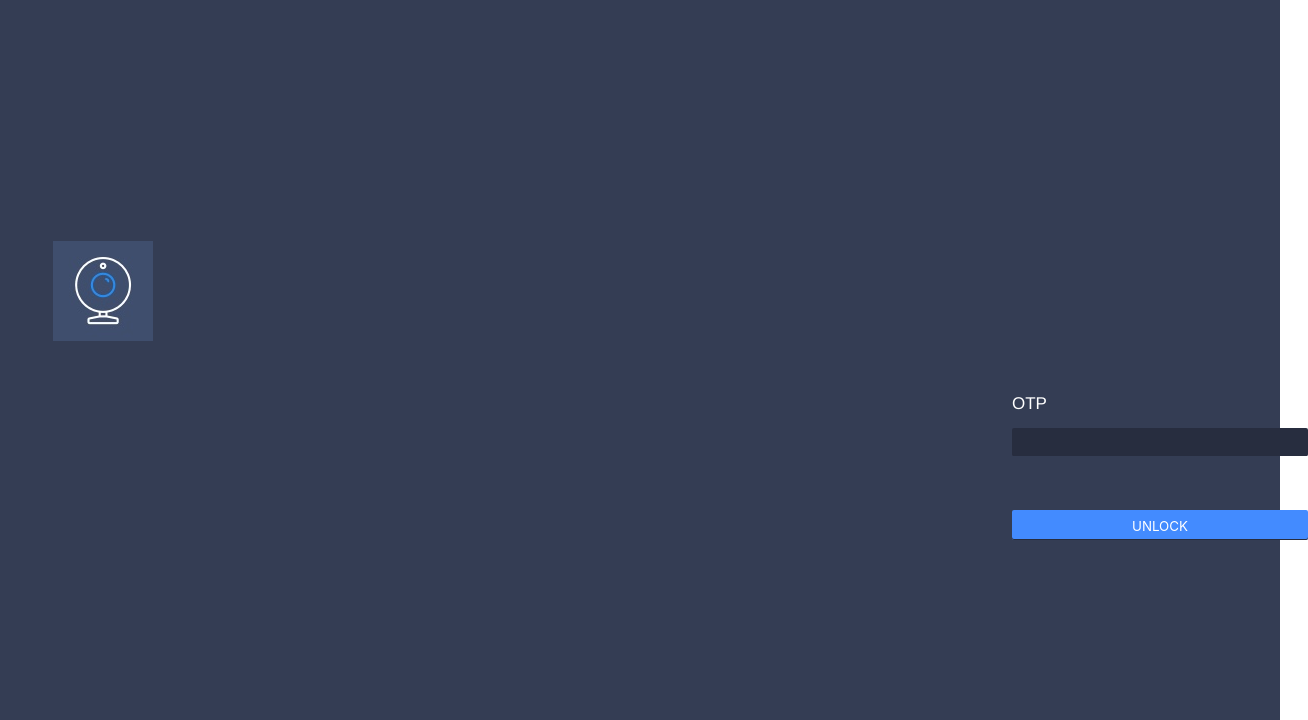
Repository: aba450/smart-door
Page: / (app in S3/smart-door-visitor/)
These files come from the project's save history. The page is drawn as it stood at one moment and after the next save; the edit follows.
The browser window is 1280 px wide. The page is 1308 px wide, so the pictures cover 1308 px, including what lies to the right of the window. The pictures show the whole page.
The project was rebuilt for these pictures with package versions that can differ from the ones it lists, and the page was loaded fresh each time.

Above is the page before, as saved 2020-03-17 20:36:09.

### S3/smart-door-visitor/src/App.js
import React from 'react';
import './App.css';
import Camera_ON from './Camera_ON.jpg'

function App() {
  return (
    <div className="App">
      {/* <header className="App-header">
        <img src={logo} className="App-logo" alt="logo" />
        <p>
          Edit <code>src/App.js</code> and save to reload.
        </p>
        <a
          className="App-link"
          href="https://reactjs.org"
          target="_blank"
          rel="noopener noreferrer"
        >
          Learn React
        </a>
      </header> */}

      <img src={Camera_ON} className="Camera-logo"/>
       <label className="otp-label">OTP</label>
        <input type="text" className="otp-input"></input>
        <button className="unlock-button">UNLOCK</button>
    </div>
  );
}

export default App;

### S3/smart-door-visitor/src/App.css
.App {
  text-align: center;
  background-color: #343d54;
  min-height: 100vh;
  display: flex;
  flex-direction: column;
  font-size: calc(10px + 2vmin);
  color: white;
}

.Camera-logo {
  position: absolute;
  height: 100px;
  width: 100px;
  left: 53px;
  top: 241px;
}

.text-label {
  left:1012px;
  top:294px;
}

.otp-label {
  position: absolute;
  font-family:Helvetica;
  font-size:17px;
  color:#ffffff;
  letter-spacing:0;
  text-align:left;
  left:1012px;
  top:394px;
}

.otp-input {
  color:#1f8efa;
  background-color: #272d3f;
  letter-spacing:0;
  text-align:left;
  position: absolute;
  left:1012px;
  top:428px;
}

.unlock-button {
  position: absolute;
  background-color: #438bff;
  left:1012px;
  top:510px;
}

input {
    -webkit-appearance: none;
    appearance: none;
    margin: auto;
    max-width: 280px;
    border-radius: 2px;
    border: 0;
    overflow: hidden;
    width: 100%;
    font-family:-apple-system, BlinkMacSystemFont, 'Segoe UI', Roboto, Oxygen, Ubuntu, Cantarell, 'Open Sans', 'Helvetica Neue', sans-serif;
    padding: 8px 8px 8px 8px;
    height: 12px;
    font-size: 16px;
    font-weight: 400;
    box-shadow: inset 0 -1px 0  #272d3f;
    transition: all .15s ease;
}

button {
  height: 30px;
  max-width: 296px;
  margin: auto;
  width: 100%;
  color: white;
  font-family:-apple-system, BlinkMacSystemFont, 'Segoe UI', Roboto, Oxygen, Ubuntu, Cantarell, 'Open Sans', 'Helvetica Neue', sans-serif;
  border-radius: 2px;
  border: 0;
  padding: 8px 8px 8px 8px;
  box-shadow: inset 0 -1px 0  #272d3f;
    transition: all .15s ease;
}

Loaded but not shown: S3/smart-door-visitor/public/index.html (common file); S3/smart-door-visitor/src/index.js (common file); S3/smart-door-visitor/src/index.css (common file); S3/smart-door-visitor/src/serviceWorker.js (common file)

After the next save:
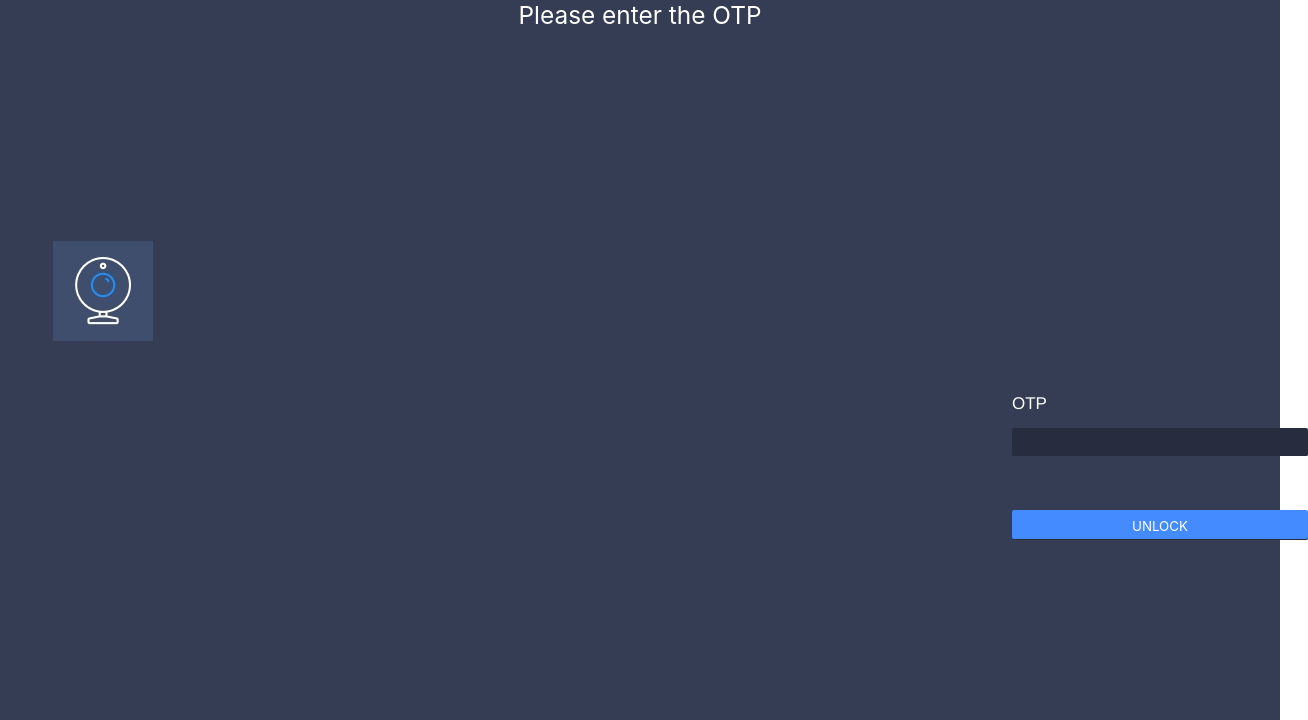
Saved 25 s later.
--- a/S3/smart-door-visitor/src/App.js
+++ b/S3/smart-door-visitor/src/App.js
@@ -3,24 +3,13 @@ import './App.css';
 import Camera_ON from './Camera_ON.jpg'
 
 function App() {
+
+
+
   return (
     <div className="App">
-      {/* <header className="App-header">
-        <img src={logo} className="App-logo" alt="logo" />
-        <p>
-          Edit <code>src/App.js</code> and save to reload.
-        </p>
-        <a
-          className="App-link"
-          href="https://reactjs.org"
-          target="_blank"
-          rel="noopener noreferrer"
-        >
-          Learn React
-        </a>
-      </header> */}
-
       <img src={Camera_ON} className="Camera-logo"/>
+      <label className="text-label">Please enter the OTP</label>
        <label className="otp-label">OTP</label>
         <input type="text" className="otp-input"></input>
         <button className="unlock-button">UNLOCK</button>
